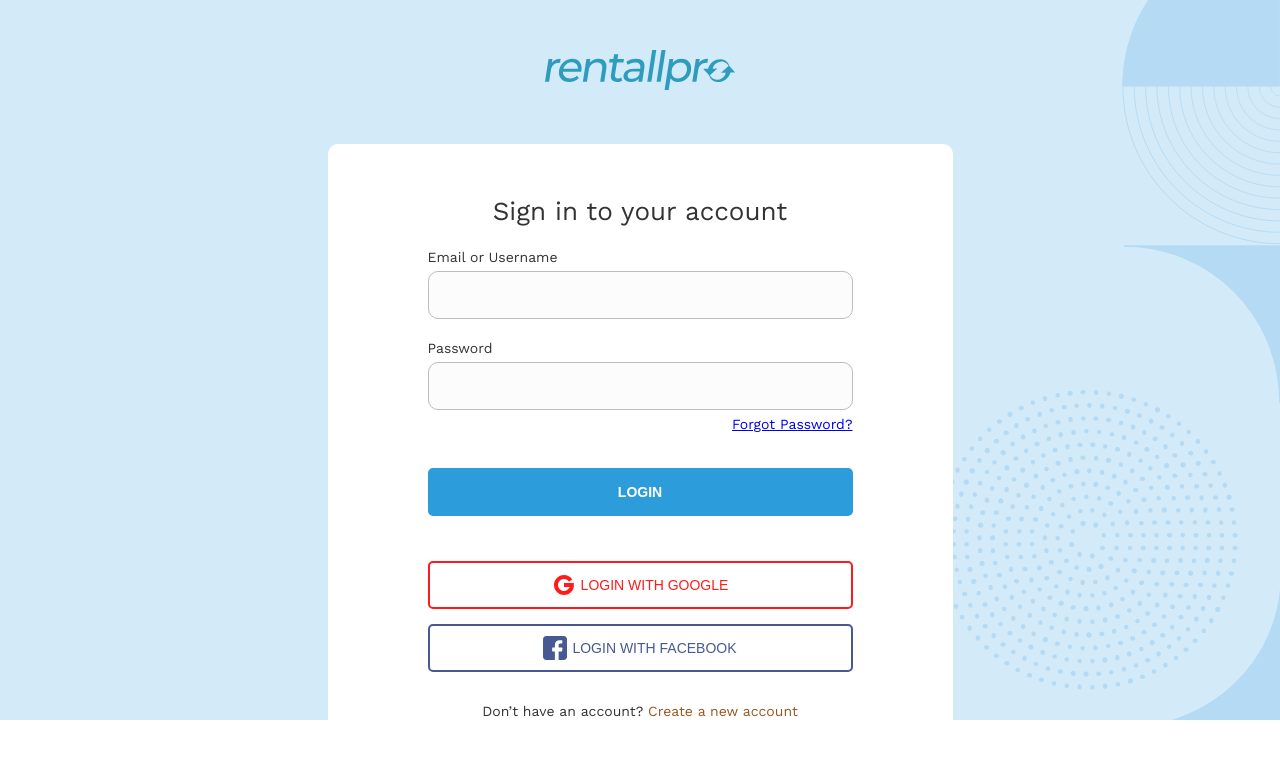
Repository: RentallPro/rentallpro-frontend
Page: /
An editor plug-in stored every save of this project. The page is shown before and after the next save, followed by the edit.
The browser window is 1280 px wide. The pictures show the whole page.
The project was rebuilt for these pictures with package versions that can differ from the ones it lists, and the page was loaded fresh each time.

Above is the page before, as saved 2020-12-09 23:52:18.

After the next save:
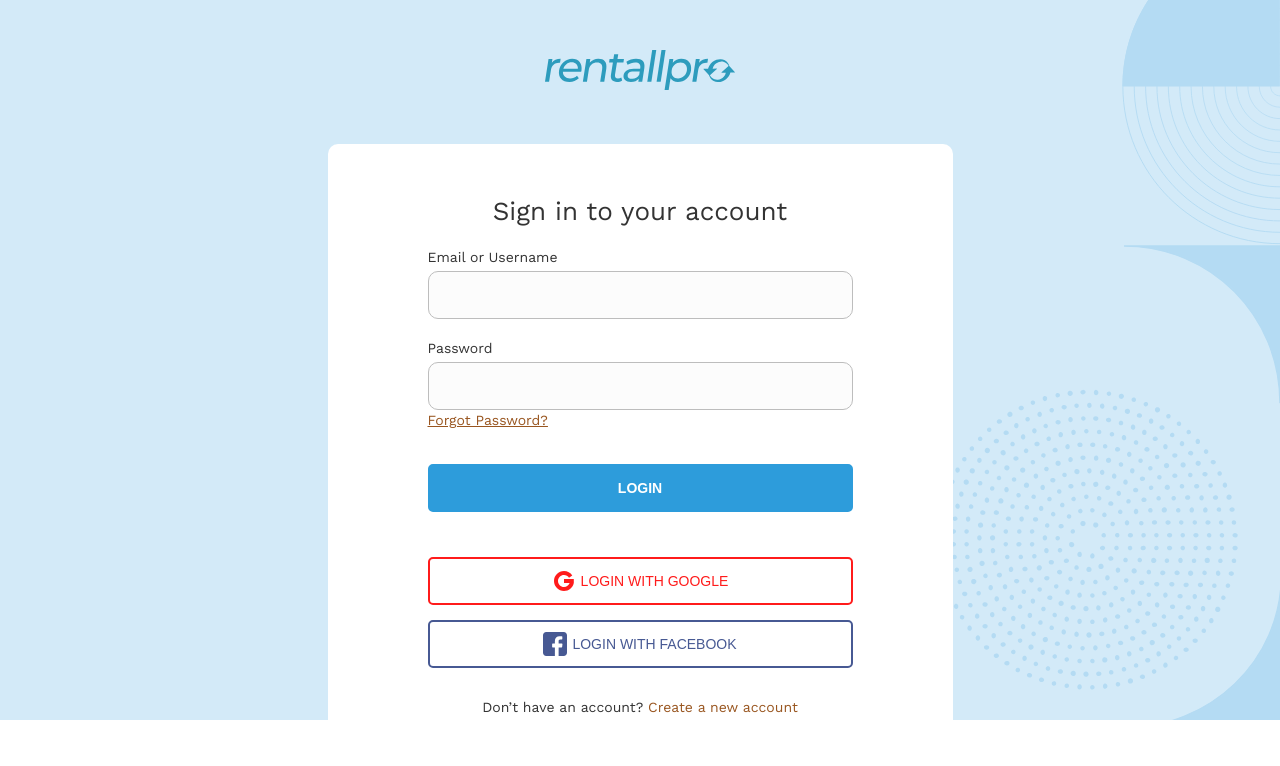
Saved 28 s later.
--- a/src/views/Auth/Home.scss
+++ b/src/views/Auth/Home.scss
@@ -59,12 +59,14 @@
                     margin-top: 5px;
                 }
                 p {
-                    font-weight: normal;
-                    font-size: 14px;
-                    line-height: 18px;
-                    color: #995620;
-                    text-align: right;
-                    margin-top: 5px;
+                    a {
+                        font-weight: normal;
+                        font-size: 14px;
+                        line-height: 18px;
+                        color: #995620;
+                        text-align: right;
+                        margin-top: 5px;
+                    }
                 }
             }
             .login-button {
